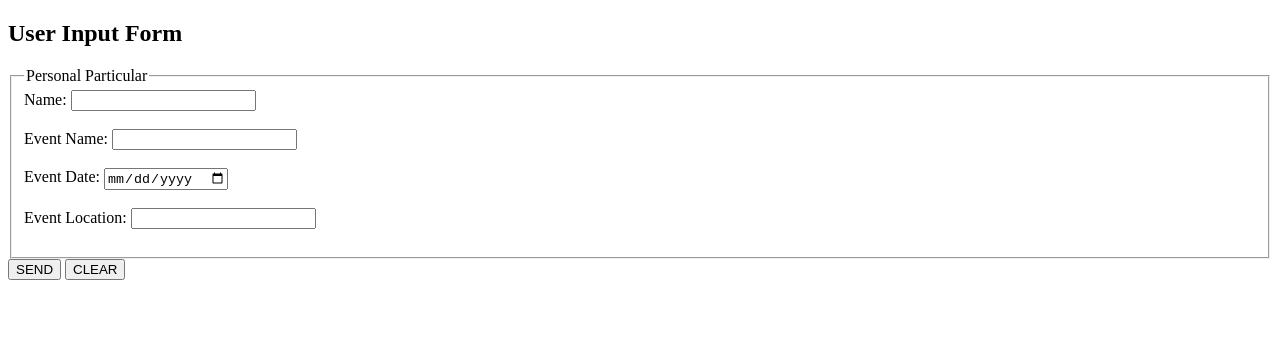
Repository: mitchellhuston/swe-techexercises
Page: mhuston-swe00/WebContent/CreateEvent.html
An editor plug-in stored every save of this project. The page is shown before and after the next save, followed by the edit.
The browser window is 1280 px wide. The pictures show the whole page.

Above is the page before, as saved 2017-09-13 12:27:23.

After the next save:
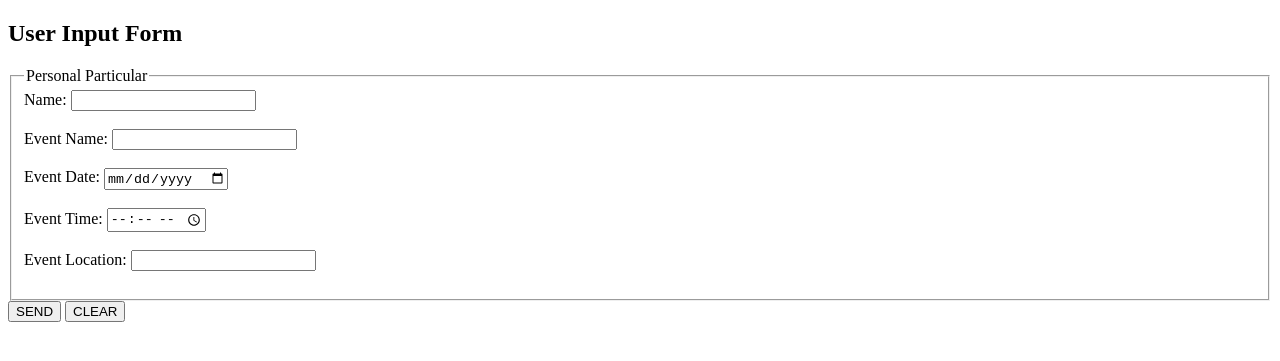
Saved 35 s later.
--- a/mhuston-swe00/WebContent/CreateEvent.html
+++ b/mhuston-swe00/WebContent/CreateEvent.html
@@ -13,6 +13,7 @@
     Name: <input type="text" name="username" /><br /><br />
     Event Name: <input type="text" name="eventName" /><br /><br />
     Event Date: <input type="date" name="date" /><br /><br />
+    Event Time: <input type="time" name="time" /><br /><br />
     Event Location: <input type="text" name="eventLocation" /><br /><br />
   </fieldset>
 
